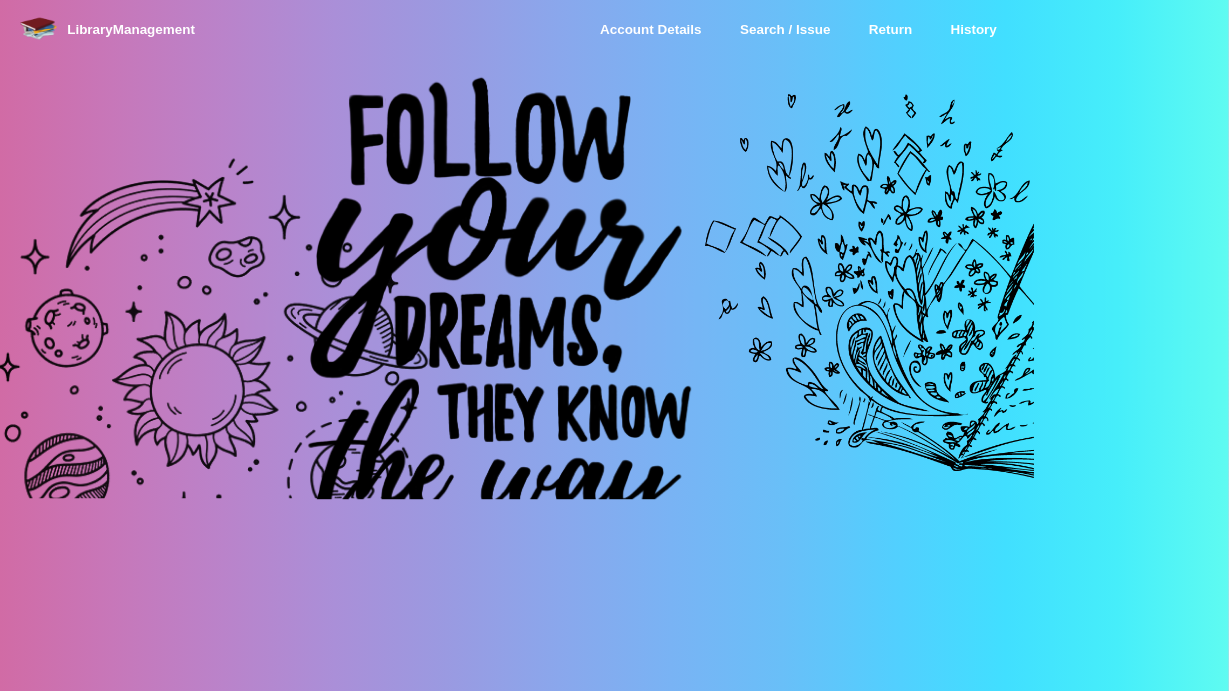
Repository: amitSai12/CMS
Page: http://localhost/LibraryManagementDemo/Menu2.jsp
An editor plug-in stored every save of this project. The page is shown before and after the next save, followed by the edit.
The browser window is 1280 px wide. The pictures show the whole page, at 96% of full size.
The page is served by Tomcat 9.

Above is the page before, as saved 2023-10-01 21:30:15.

After the next save:
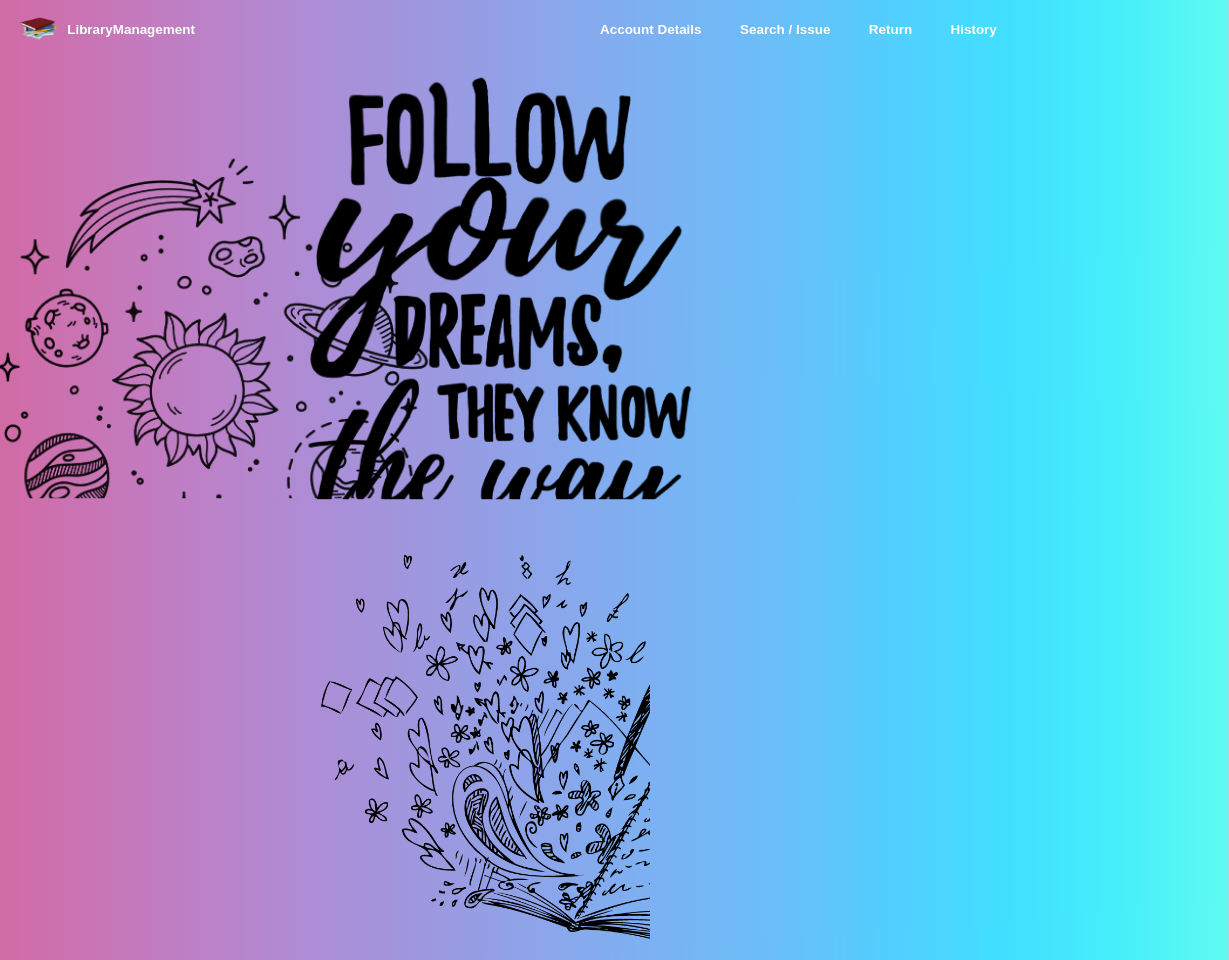
Saved 51 s later.
--- a/Day1_Thu/LibraryManagementDemo/src/main/webapp/Menu2.jsp
+++ b/Day1_Thu/LibraryManagementDemo/src/main/webapp/Menu2.jsp
@@ -30,9 +30,8 @@
 	</div>
 
 <div class="imagediv">
-	<div class="imagediv2">
-		<div class="imagediv3"></div>
-	</div>
+	<div class="imagediv2"></div>
+	<div class="imagediv3"></div>
 </div>
 
 

After the save that followed:
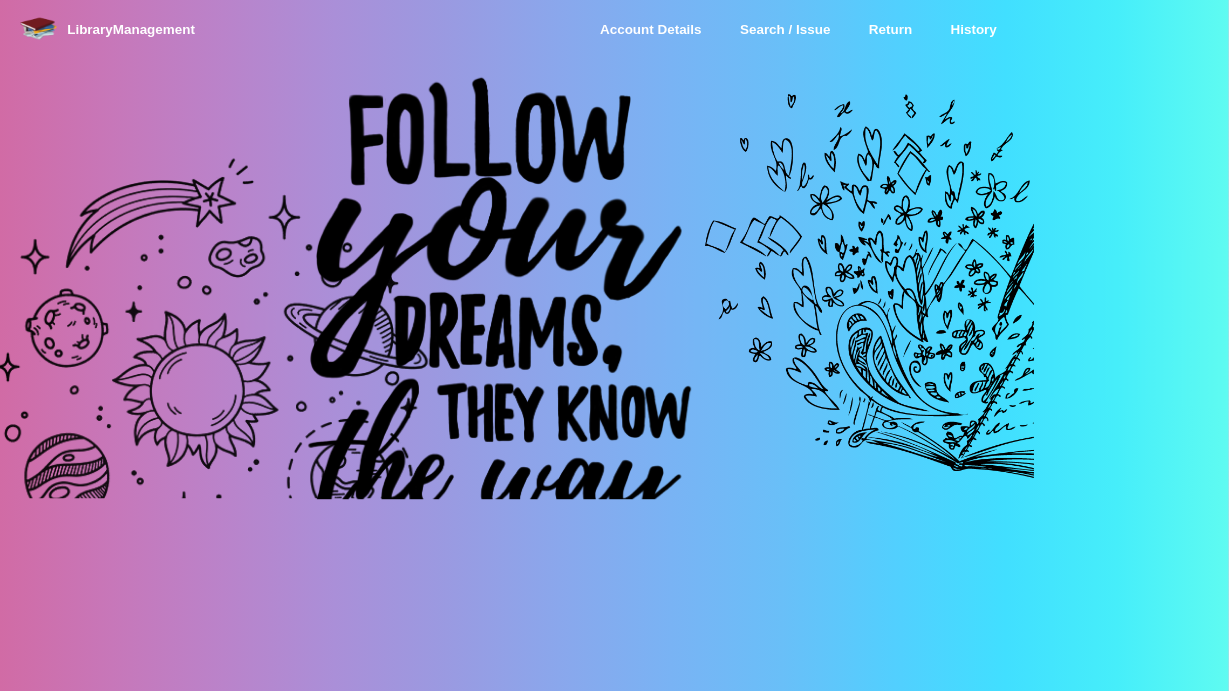
Saved 19 s later.
--- a/Day1_Thu/LibraryManagementDemo/src/main/webapp/Menu2.jsp
+++ b/Day1_Thu/LibraryManagementDemo/src/main/webapp/Menu2.jsp
@@ -30,8 +30,8 @@
 	</div>
 
 <div class="imagediv">
-	<div class="imagediv2"></div>
-	<div class="imagediv3"></div>
+	<div class="imagediv2"><div class="imagediv3"></div></div>
+
 </div>
 
 
